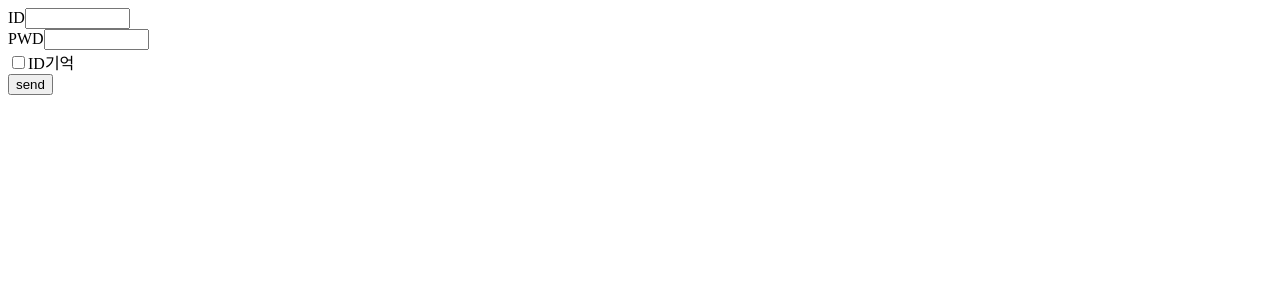
Repository: boseung2/Study-JSP
Page: http://localhost/MyWebSite/loginForm2.jsp
These files come from the project's save history. The page is drawn as it stood at one moment and after the next save; the edit follows.
The browser window is 1280 px wide. The pictures show the whole page.
The page is served by Tomcat 9. Nobody is signed in. The application's start-up code is not run. Other server files are loaded and not shown.

Above is the page before, as saved 2021-01-21 09:02:27.

### MyWebSite/WebContent/loginForm2.jsp
<%@ page language="java" contentType="text/html; charset=UTF-8"
    pageEncoding="UTF-8"%>
<!DOCTYPE html>
<html>
<head>
<meta charset="UTF-8">
<title>아니이거왜안돼</title>
</head>
<body>
<%
Cookie[] cookies = request.getCookies();
String rememberedId="";
if(cookies != null) {
	for(int i=0; i<cookies.length; i++) {
		if(cookies[i].getName().equals("remember")) {
			rememberedId = cookies[i].getValue();
		}
	}
}
%>
<form action="/LoginAction2" method=post>
ID<input type="text" name="id" size=10 value=<%=rememberedId %>>
<br>
PWD<input type="password" name="pwd" size=10>
<br>
<input type="checkbox" name="remember" value="yes">ID기억
<br>
<input type="submit" value="send">
</form>
</body>
</html>

After the next save:
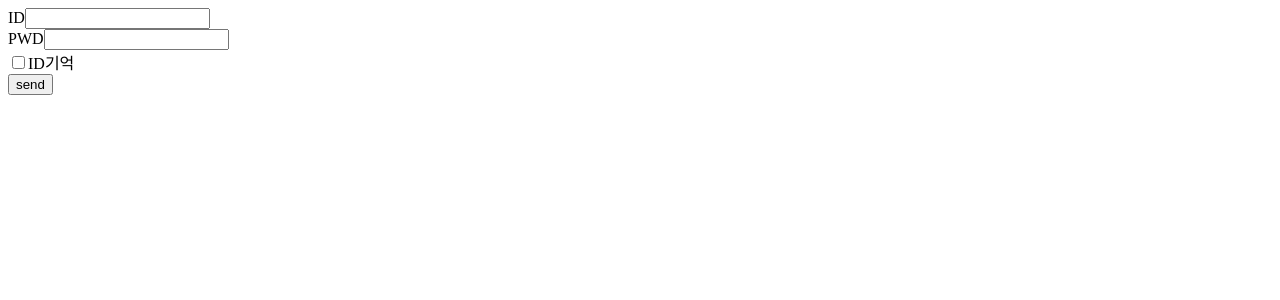
Saved 13 min 29 s later.
--- a/MyWebSite/WebContent/loginForm2.jsp
+++ b/MyWebSite/WebContent/loginForm2.jsp
@@ -19,9 +19,9 @@
 }
 %>
 <form action="/LoginAction2" method=post>
-ID<input type="text" name="id" size=10 value=<%=rememberedId %>>
+ID<input type="text" name="id" value=<%=rememberedId%>>
 <br>
-PWD<input type="password" name="pwd" size=10>
+PWD<input type="password" name="pwd">
 <br>
 <input type="checkbox" name="remember" value="yes">ID기억
 <br>
